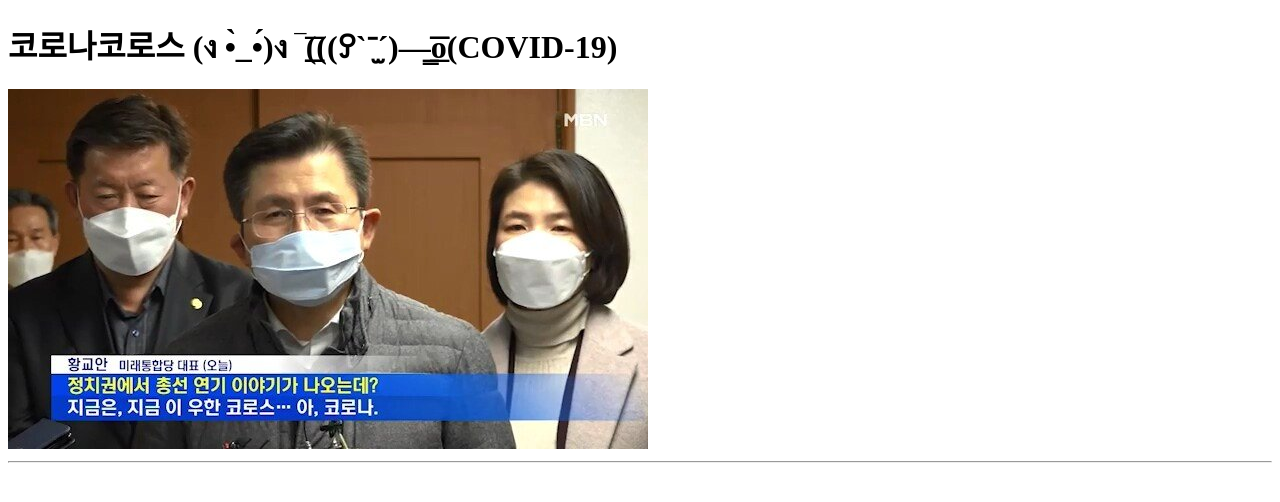
Repository: bbookk1104/spring-workspace
Page: http://localhost/practice_CRUD/
These files come from the project's save history. The page is drawn as it stood at one moment and after the next save; the edit follows.
The browser window is 1280 px wide. The pictures show the whole page.
The page is served by Tomcat 9. Other server files are loaded and not shown.

Above is the page before, as saved 2022-09-30 08:47:05.

### practice_CRUD/src/main/webapp/index.jsp
<%@ page language="java" contentType="text/html; charset=UTF-8"
    pageEncoding="UTF-8"%>
<!DOCTYPE html>
<html>
<head>
<meta charset="UTF-8">
<title>어쩔저쩔.tv</title>
</head>
<body>
	<h1>코로나코로스 (ง •̀_•́)ง    ‾͟͟͞(((ꎤˋ⁻̫ˊ)—̳͟͞͞o(COVID-19)</h1>
	<img src="/resources/img/coross.jpg">
	<hr>
</body>
</html>

After the next save:
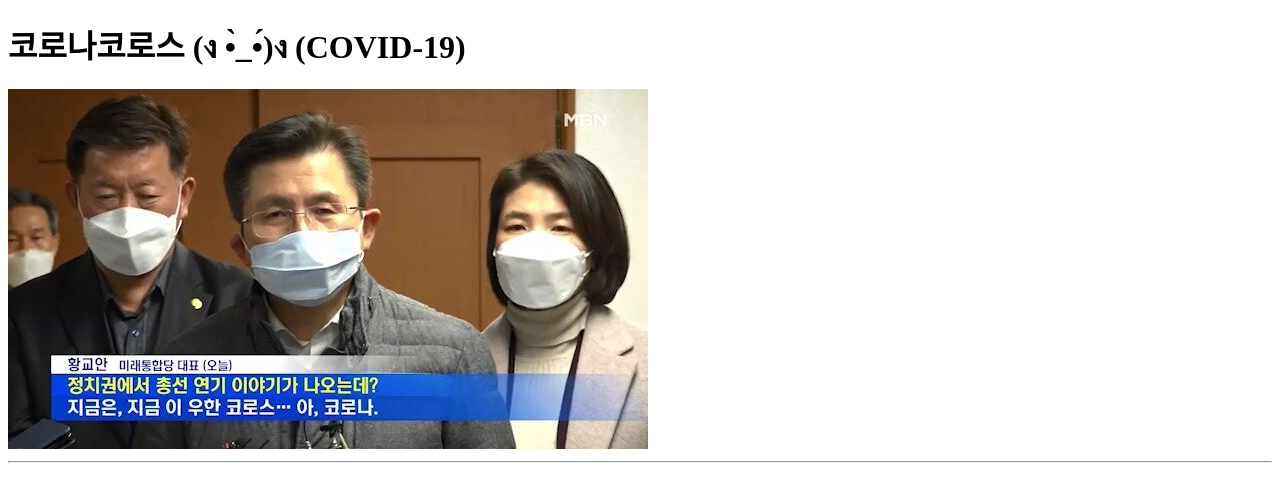
Saved 10 s later.
--- a/practice_CRUD/src/main/webapp/index.jsp
+++ b/practice_CRUD/src/main/webapp/index.jsp
@@ -7,7 +7,7 @@
 <title>어쩔저쩔.tv</title>
 </head>
 <body>
-	<h1>코로나코로스 (ง •̀_•́)ง    ‾͟͟͞(((ꎤˋ⁻̫ˊ)—̳͟͞͞o(COVID-19)</h1>
+	<h1>코로나코로스 (ง •̀_•́)ง  (COVID-19)</h1>
 	<img src="/resources/img/coross.jpg">
 	<hr>
 </body>
